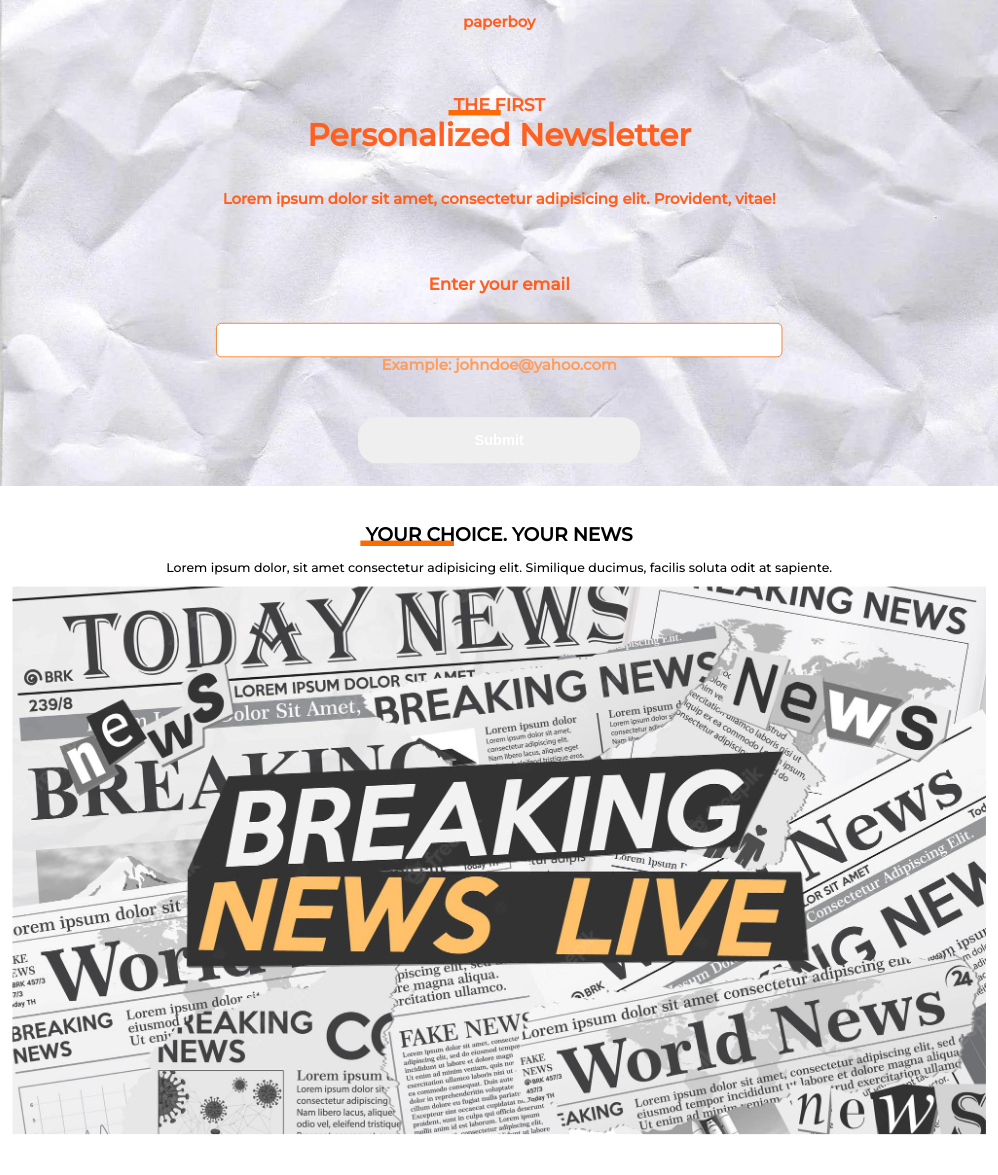
Repository: Gionnn/proiecte
Page: index.html
An editor plug-in stored every save of this project. The page is shown before and after the next save, followed by the edit.
The browser window is 1280 px wide. The pictures show the whole page, at 78% of full size.

Above is the page before, as saved 2022-11-28 14:31:09.

After the next save:
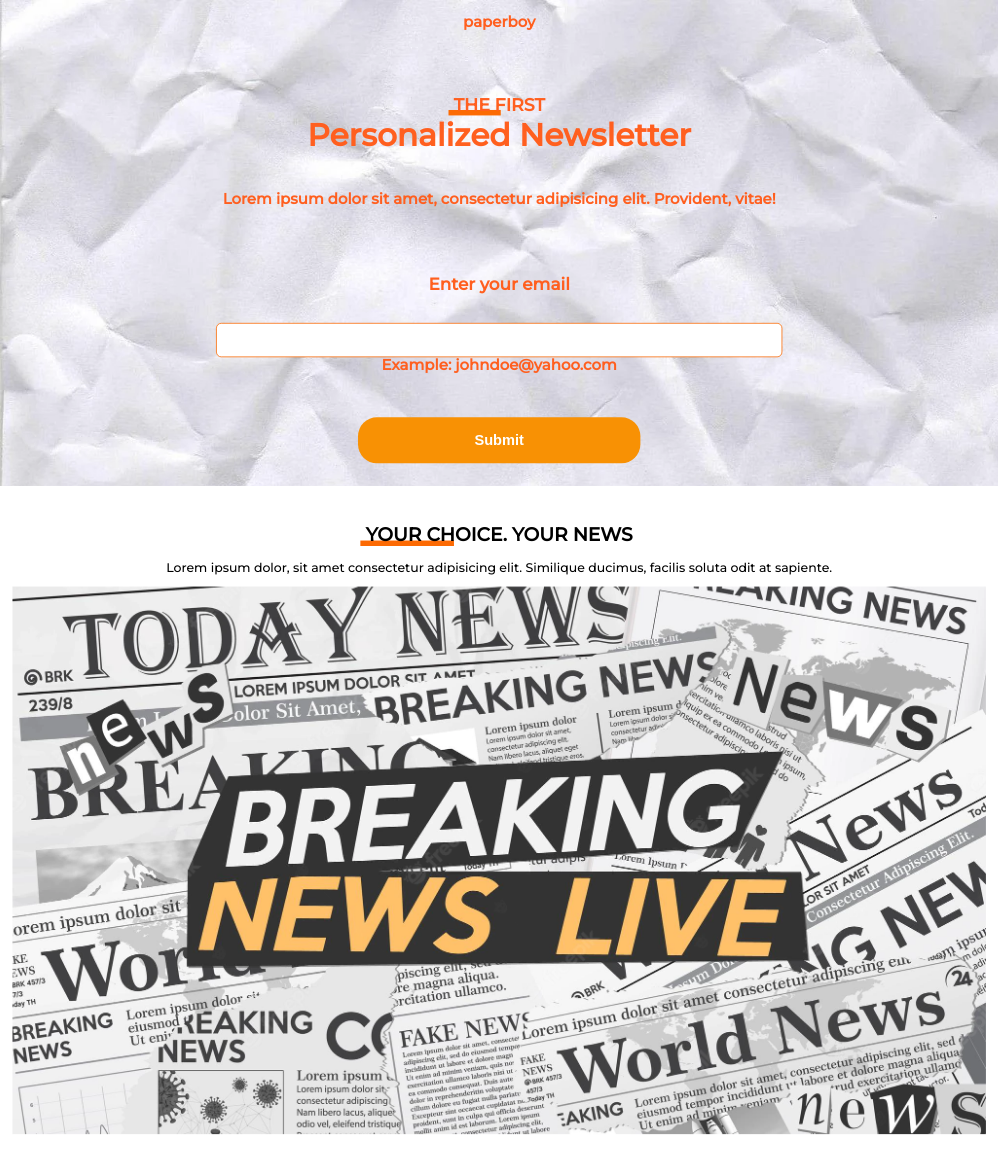
Saved 25 s later.
--- a/css/main.css
+++ b/css/main.css
@@ -72,13 +72,13 @@ input[type="text"] {
   margin-top: 1.2em;
 }
 .form-container {
-  color: #ff9d5c;
   margin-bottom: 1.5em;
   font-weight: normal;
   font-size: 0.9em;
   margin-top: 0.3em;
 }
 input[type="button"] {
+  background-color: #f89104;
   border: none;
   width: 30%;
   color: white;
